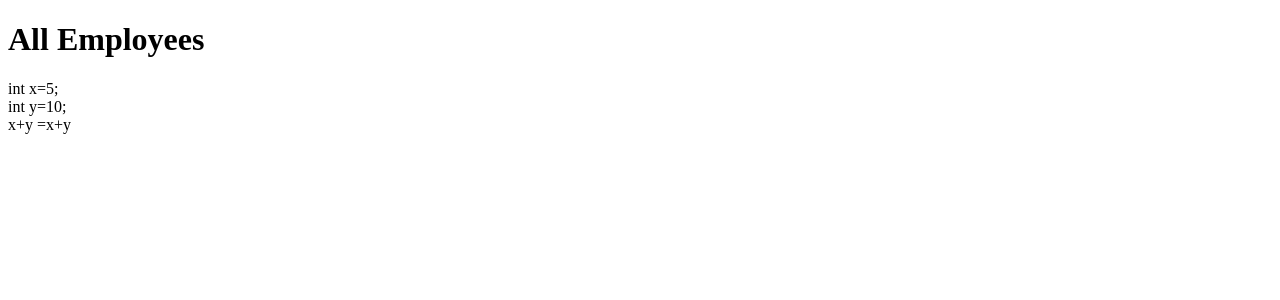
Repository: imtiyaz-hirani/cg-jan-23
Page: http://localhost/MySpringApp/employees
The author's editor kept a copy of each file at every save. The page is drawn from the files as they stood at one save, then again after the next save.
The browser window is 1280 px wide. The pictures show the whole page.
The page is served by Tomcat 9. Other server files are loaded and not shown.

Above is the page before, as saved 2023-01-12 04:40:59.

### MySpringApp/WebContent/WEB-INF/jsps/employees.jsp
<%@ page language="java" contentType="text/html; charset=ISO-8859-1"
    pageEncoding="ISO-8859-1"%>
<!DOCTYPE html>
<html>
<head>
<meta charset="ISO-8859-1">
<title>Insert title here</title>
</head>
<body>
<h1>All Employees</h1>
int x=5;  <br>
int y=10; <br>
x+y =x+y
</body>
</html>

<!--
Java Code
HTML Code + CSS
 -->

After the next save:
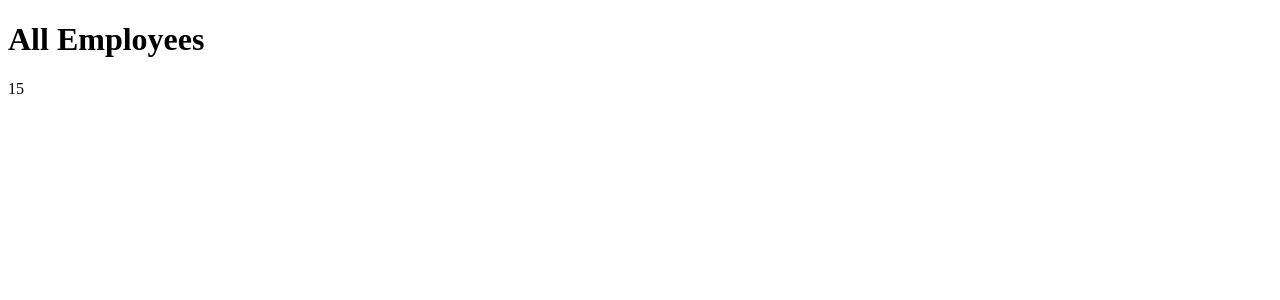
Saved 3 min 4 s later.
--- a/MySpringApp/WebContent/WEB-INF/jsps/employees.jsp
+++ b/MySpringApp/WebContent/WEB-INF/jsps/employees.jsp
@@ -8,9 +8,12 @@
 </head>
 <body>
 <h1>All Employees</h1>
-int x=5;  <br>
-int y=10; <br>
-x+y =x+y
+<%
+int x=5;
+int y=10;
+out.println(x+y);
+%>
+
 </body>
 </html>
 
